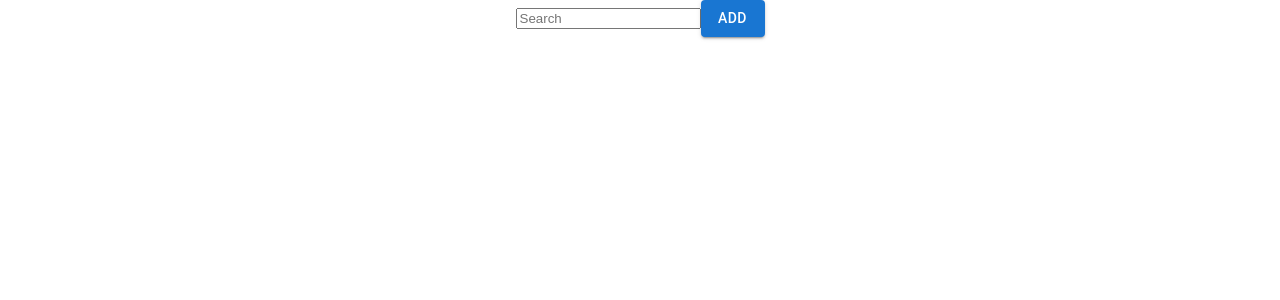
Repository: GokulDev4U/Krixi_react_assignment
Page: /
An editor plug-in stored every save of this project. The page is shown before and after the next save, followed by the edit.
The browser window is 1280 px wide. The pictures show the whole page.
The project was rebuilt for these pictures with package versions that can differ from the ones it lists, and the page was loaded fresh each time.

Above is the page before, as saved 2022-04-04 12:48:17.

After the next save:
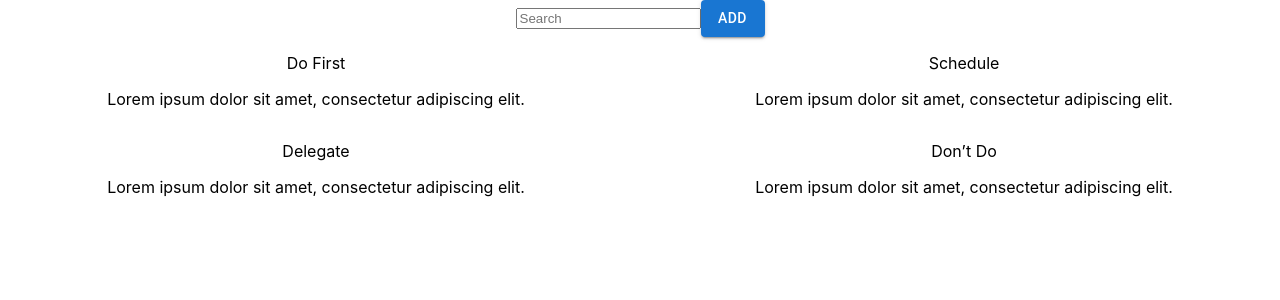
Saved 2 min 55 s later.
--- a/src/Components/card/Card.jsx
+++ b/src/Components/card/Card.jsx
@@ -1,8 +1,17 @@
 import React from 'react';
 
-const Card = () => {
+const Card = ({ color, title }) => {
   return (
-    <div></div>
+    <div className={``} style={{ backgroundColor: `${color}` }}>
+      <div className="card-title">
+        {title}
+      </div>
+      <div className="card-content">
+        <p>
+          Lorem ipsum dolor sit amet, consectetur adipiscing elit.
+        </p>
+      </div>
+    </div>
   );
 };
 
